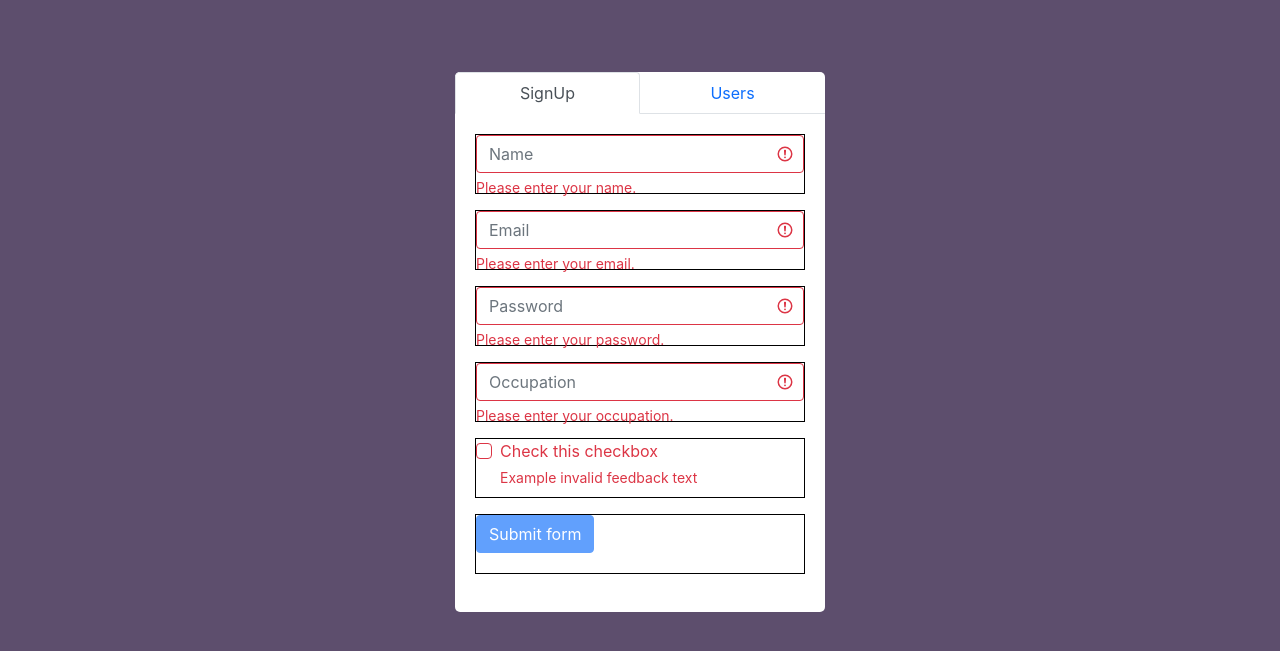
Repository: asadalibest1/SignUp-from
Page: /
These files come from the project's save history. The page is drawn as it stood at one moment and after the next save; the edit follows.
The browser window is 1280 px wide. The pictures show the whole page.
The project was rebuilt for these pictures with package versions that can differ from the ones it lists, and the page was loaded fresh each time. Also part of the build but not shown: src/components/Users/Users.css.

Above is the page before, as saved 2021-02-06 22:07:35.

### public/index.html
<!DOCTYPE html>
<html lang="en">
  <head>
    <meta charset="utf-8" />
    <link rel="icon" href="%PUBLIC_URL%/favicon.png" />
    <meta name="viewport" content="width=device-width, initial-scale=1" />
    <meta name="theme-color" content="#000000" />
    <meta
      name="description"
      content="Web site created using create-react-app"
    />
    <link rel="apple-touch-icon" href="%PUBLIC_URL%/logo192.png" />
    <!--
      manifest.json provides metadata used when your web app is installed on a
      user's mobile device or desktop. See https://developers.google.com/web/fundamentals/web-app-manifest/
    -->
    <link rel="manifest" href="%PUBLIC_URL%/manifest.json" />
    <!--
      Notice the use of %PUBLIC_URL% in the tags above.
      It will be replaced with the URL of the `public` folder during the build.
      Only files inside the `public` folder can be referenced from the HTML.

      Unlike "/favicon.ico" or "favicon.ico", "%PUBLIC_URL%/favicon.ico" will
      work correctly both with client-side routing and a non-root public URL.
      Learn how to configure a non-root public URL by running `npm run build`.
    -->
    <!-- Bootstrap -->
    <link href="https://cdn.jsdelivr.net/npm/bootstrap@5.0.0-beta1/dist/css/bootstrap.min.css" rel="stylesheet" integrity="sha384-giJF6kkoqNQ00vy+HMDP7azOuL0xtbfIcaT9wjKHr8RbDVddVHyTfAAsrekwKmP1" crossorigin="anonymous">
    <title>Sign Up</title>
  </head>
  <body>
    <noscript>You need to enable JavaScript to run this app.</noscript>
    <div id="root"></div>
    <!--
      This HTML file is a template.
      If you open it directly in the browser, you will see an empty page.

      You can add webfonts, meta tags, or analytics to this file.
      The build step will place the bundled scripts into the <body> tag.

      To begin the development, run `npm start` or `yarn start`.
      To create a production bundle, use `npm run build` or `yarn build`.
    -->
    <script src="https://cdn.jsdelivr.net/npm/bootstrap@5.0.0-beta1/dist/js/bootstrap.bundle.min.js" integrity="sha384-ygbV9kiqUc6oa4msXn9868pTtWMgiQaeYH7/t7LECLbyPA2x65Kgf80OJFdroafW" crossorigin="anonymous"></script>
  </body>
</html>

### src/index.css
body {
  margin: 0;
  font-family: -apple-system, BlinkMacSystemFont, 'Segoe UI', 'Roboto', 'Oxygen',
    'Ubuntu', 'Cantarell', 'Fira Sans', 'Droid Sans', 'Helvetica Neue',
    sans-serif;
  -webkit-font-smoothing: antialiased;
  -moz-osx-font-smoothing: grayscale;
  background-color: #5D4E6D;
}

code {
  font-family: source-code-pro, Menlo, Monaco, Consolas, 'Courier New',
    monospace;
}

### src/App.js
import React from 'react'
import App1 from "./components/App1/App1"

export default function App() {
  return (
    <div>
      <App1 />
    </div>
  )
}

### src/components/App1/App1.js
import React from 'react'
import Tabs from '../Tabs/Tabs'

export default function App1() {
    return (
        <div>
            <Tabs />
        </div>
    )
}

### src/features/counter/counterSlice.js
import { createSlice } from '@reduxjs/toolkit';

export const counterSlice = createSlice({
  name: 'counter',
  initialState: {
    value: 0,
  },
  reducers: {
    increment: state => {
      // Redux Toolkit allows us to write "mutating" logic in reducers. It
      // doesn't actually mutate the state because it uses the Immer library,
      // which detects changes to a "draft state" and produces a brand new
      // immutable state based off those changes
      state.value += 1;
    },
    decrement: state => {
      state.value -= 1;
    },
    incrementByAmount: (state, action) => {
      state.value += action.payload;
    },
  },
});

export const { increment, decrement, incrementByAmount } = counterSlice.actions;

// The function below is called a thunk and allows us to perform async logic. It
// can be dispatched like a regular action: `dispatch(incrementAsync(10))`. This
// will call the thunk with the `dispatch` function as the first argument. Async
// code can then be executed and other actions can be dispatched
export const incrementAsync = amount => dispatch => {
  setTimeout(() => {
    dispatch(incrementByAmount(amount));
  }, 1000);
};

// The function below is called a selector and allows us to select a value from
// the state. Selectors can also be defined inline where they're used instead of
// in the slice file. For example: `useSelector((state) => state.counter.value)`
export const selectCount = state => state.counter.value;

export default counterSlice.reducer;

### src/components/Tabs/Tabs.js
import React from 'react'
import SignUp from "../SignUp/SignUp"
import Users from "../Users/Users"
import "./Tabs.css"

export default function Tabs() {
    return (
        <div className="tabs-main">
            <div className="tabs">

                <ul className="nav nav-tabs" id="myTab" role="tablist">
                    <li className="nav-item text-center w-50" role="presentation">
                        <a className="nav-link active" id="signUp-tab" data-bs-toggle="tab" href="#signUp" role="tab" aria-controls="signUp" aria-selected="true">SignUp</a>
                    </li>
                    <li className="nav-item text-center w-50" role="presentation">
                        <a className="nav-link" id="users-tab" data-bs-toggle="tab" href="#users" role="tab" aria-controls="users" aria-selected="false">Users</a>
                    </li>
                </ul>
                <div className="tab-content" id="myTabContent">
                    <div className="tab-pane fade show active" id="signUp" role="tabpanel" aria-labelledby="signUp-tab">
                        <SignUp />
                    </div>
                    <div className="tab-pane fade" id="users" role="tabpanel" aria-labelledby="users-tab">

                        <Users />
                    </div>
                </div>


            </div>
        </div>
    )
}

### src/components/SignUp/SignUp.js
import React from 'react'
import "./SignUp.css"

export default function SignUp() {
    return (
        <div className="SignUp">

<form className="was-validated">

  <div className="mb-3">
    <input type="name" className="form-control" id="validationTextarea" placeholder="Name" required />
    <div className="invalid-feedback">
      Please enter your name.
    </div>
  </div>

  <div className="mb-3">
    <input type="email" className="form-control" id="validationTextarea" placeholder="Email" required />
    <div className="invalid-feedback">
      Please enter your email.
    </div>
  </div>

  <div className="mb-3">
    <input type="password" className="form-control" id="validationTextarea" placeholder="Password" required />
    <div className="invalid-feedback">
      Please enter your password.
    </div>
  </div>

  <div className="mb-3">
    <input type="occupation" className="form-control" id="validationTextarea" placeholder="Occupation" required />
    <div className="invalid-feedback">
      Please enter your occupation.
    </div>
  </div>


  <div className="form-check mb-3">
    <input type="checkbox" className="form-check-input" id="validationFormCheck1" required />
    <label className="form-check-label" for="validationFormCheck1">Check this checkbox</label>
    <div className="invalid-feedback">Example invalid feedback text</div>
  </div>


  <div className="mb-3">
    <button className="btn btn-primary" type="submit" disabled>Submit form</button>
  </div>
</form>
        </div>
    )
}

### src/components/Users/Users.js
import React from 'react'
import "./Users.css"

export default function Users() {
    return (
        <div>
    Users
        </div>
    )
}

### src/components/Tabs/Tabs.css
.tabs{
    width: 370px;
    height: 75vh;
    background-color: white;
    margin: auto auto;
    margin-top: 10vh;
    border-radius: 5px;
    overflow: hidden;
}

### src/components/SignUp/SignUp.css
.SignUp form{
    margin: 20px;
}

.SignUp form > div{
    border: 1px solid black;
    height: 60px;
}

Loaded but not shown: src/index.js (common file); src/app/store.js (common file); src/serviceWorker.js (common file)

After the next save:
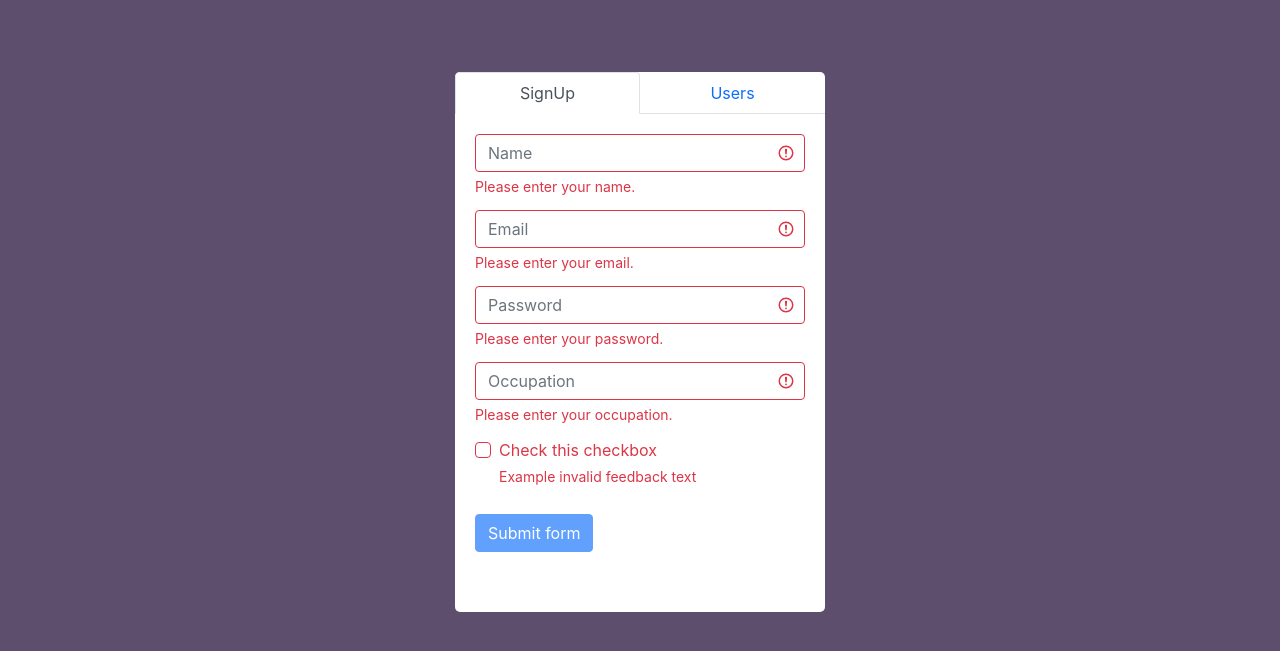
Saved 13 s later.
--- a/src/components/SignUp/SignUp.css
+++ b/src/components/SignUp/SignUp.css
@@ -3,6 +3,6 @@
 }
 
 .SignUp form > div{
-    border: 1px solid black;
+    /* border: 1px solid black; */
     height: 60px;
 }
